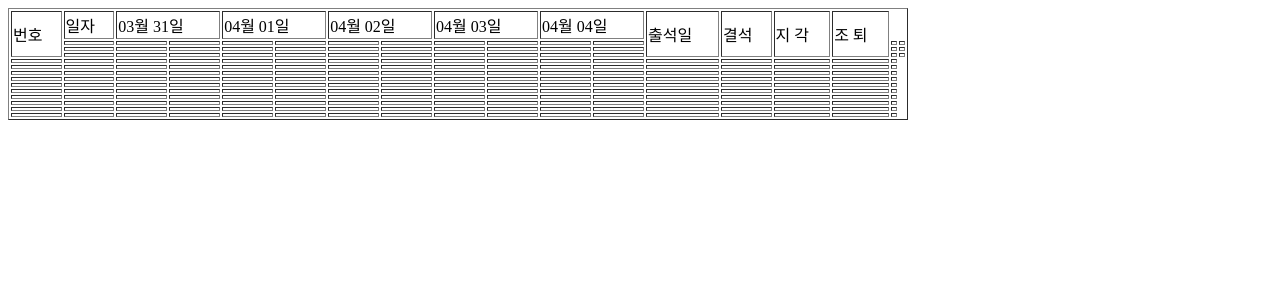
Repository: Hswwwww/WEB
Page: ClientTest/src/main/webapp/html/Q011.html
The author's editor kept a copy of each file at every save. The page is drawn from the files as they stood at one save, then again after the next save.
The browser window is 1280 px wide. The pictures show the whole page.

Above is the page before, as saved 2024-03-13 08:20:51.

### ClientTest/src/main/webapp/html/Q011.html
<!DOCTYPE html>
<html>
<head>
<meta charset="UTF-8">
<title>Insert title here</title>
</head>
<body>
	<table border = "1" width = "900">
	<tr>
		<td rowspan = "4"> 번호</td>
		<td colspan >일자</td>

		<td colspan = "2">03월 31일</td>

		<td colspan = "2">04월 01일</td>

		<td colspan = "2">04월 02일</td>

		<td colspan = "2">04월 03일</td>

		<td colspan = "2">04월 04일</td>

		<td rowspan = "4">출석일</td>
		<td rowspan = "4">결석 </td>
		<td rowspan = "4">지 각</td>
		<td rowspan = "4">조 퇴</td>
	</tr>
		<tr>


		<td></td>
		<td></td>
		<td></td>
		<td></td>
		<td></td>
		<td></td>
		<td></td>
		<td></td>
		<td></td>
		<td></td>
		<td></td>
		<td></td>
		<td></td>
	</tr>
		<tr>


		<td></td>
		<td></td>
		<td></td>
		<td></td>
		<td></td>
		<td></td>
		<td></td>
		<td></td>
		<td></td>
		<td></td>
		<td></td>
		<td></td>
		<td></td>
	</tr>

		<tr>


		<td></td>
		<td></td>
		<td></td>
		<td></td>
		<td></td>
		<td></td>
		<td></td>
		<td></td>
		<td></td>
		<td></td>
		<td></td>
		<td></td>
		<td></td>
	</tr>
		<tr>
		<td></td>
		<td></td>
		<td></td>
		<td></td>
		<td></td>
		<td></td>
		<td></td>
		<td></td>
		<td></td>
		<td></td>
		<td></td>
		<td></td>
		<td></td>
		<td></td>
		<td></td>
		<td></td>
		<td></td>
	</tr>
		<tr>
		<td></td>
		<td></td>
		<td></td>
		<td></td>
		<td></td>
		<td></td>
		<td></td>
		<td></td>
		<td></td>
		<td></td>
		<td></td>
		<td></td>
		<td></td>
		<td></td>
		<td></td>
		<td></td>
		<td></td>
	</tr>
		<tr>
		<td></td>
		<td></td>
		<td></td>
		<td></td>
		<td></td>
		<td></td>
		<td></td>
		<td></td>
		<td></td>
		<td></td>
		<td></td>
		<td></td>
		<td></td>
		<td></td>
		<td></td>
		<td></td>
		<td></td>
	</tr>
		<tr>
		<td></td>
		<td></td>
		<td></td>
		<td></td>
		<td></td>
		<td></td>
		<td></td>
		<td></td>
		<td></td>
		<td></td>
		<td></td>
		<td></td>
		<td></td>
		<td></td>
		<td></td>
		<td></td>
		<td></td>
	</tr>
		<tr>
		<td></td>
		<td></td>
		<td></td>
		<td></td>
		<td></td>
		<td></td>
		<td></td>
		<td></td>
		<td></td>
		<td></td>
		<td></td>
		<td></td>
		<td></td>
		<td></td>
		<td></td>
		<td></td>
		<td></td>
	</tr>
		<tr>
		<td></td>
		<td></td>
		<td></td>
		<td></td>
		<td></td>
		<td></td>
		<td></td>
		<td></td>
		<td></td>
		<td></td>
		<td></td>
		<td></td>
		<td></td>
		<td></td>
		<td></td>
		<td></td>
		<td></td>
	</tr>
		<tr>
		<td></td>
		<td></td>
		<td></td>
		<td></td>
		<td></td>
		<td></td>
		<td></td>
		<td></td>
		<td></td>
		<td></td>
		<td></td>
		<td></td>
		<td></td>
		<td></td>
		<td></td>
		<td></td>
		<td></td>
	</tr>
		<tr>
		<td></td>
		<td></td>
		<td></td>
		<td></td>
		<td></td>
		<td></td>
		<td></td>
		<td></td>
		<td></td>
		<td></td>
		<td></td>
		<td></td>
		<td></td>
		<td></td>
		<td></td>
		<td></td>
		<td></td>
	</tr>
		<tr>
		<td></td>
		<td></td>
		<td></td>
		<td></td>
		<td></td>
		<td></td>
		<td></td>
		<td></td>
		<td></td>
		<td></td>
		<td></td>
		<td></td>
		<td></td>
		<td></td>
		<td></td>
		<td></td>
		<td></td>
	</tr>
		<tr>
		<td></td>
		<td></td>
		<td></td>
		<td></td>
		<td></td>
		<td></td>
		<td></td>
		<td></td>
		<td></td>
		<td></td>
		<td></td>
		<td></td>
		<td></td>
		<td></td>
		<td></td>
		<td></td>
		<td></td>
	</tr>

	</table>
</body>
</html>

After the next save:
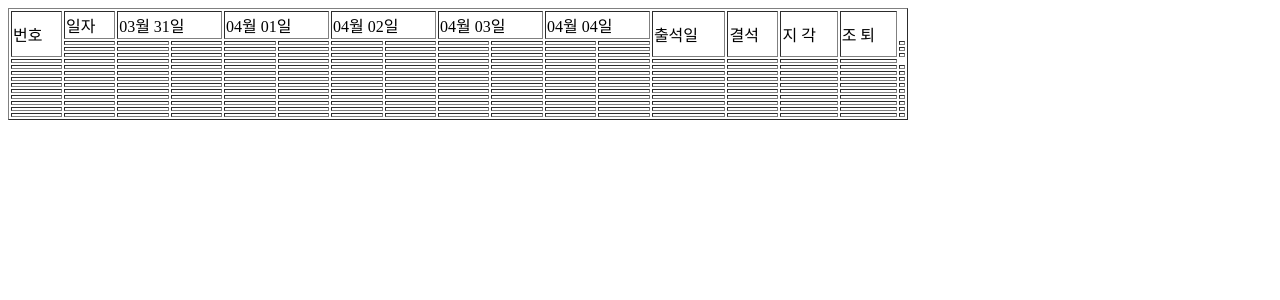
Saved 29 s later.
--- a/ClientTest/src/main/webapp/html/Q011.html
+++ b/ClientTest/src/main/webapp/html/Q011.html
@@ -28,57 +28,57 @@
 		<tr>
 
 
-		<td></td>
-		<td></td>
-		<td></td>
-		<td></td>
-		<td></td>
-		<td></td>
-		<td></td>
-		<td></td>
-		<td></td>
-		<td></td>
-		<td></td>
-		<td></td>
-		<td></td>
-	</tr>
-		<tr>
-
-
-		<td></td>
-		<td></td>
-		<td></td>
-		<td></td>
-		<td></td>
-		<td></td>
-		<td></td>
-		<td></td>
-		<td></td>
-		<td></td>
-		<td></td>
-		<td></td>
-		<td></td>
-	</tr>
-
-		<tr>
-
-
-		<td></td>
-		<td></td>
-		<td></td>
-		<td></td>
-		<td></td>
-		<td></td>
-		<td></td>
-		<td></td>
-		<td></td>
-		<td></td>
-		<td></td>
-		<td></td>
-		<td></td>
-	</tr>
-		<tr>
-		<td></td>
+
+		<td></td>
+		<td></td>
+		<td></td>
+		<td></td>
+		<td></td>
+		<td></td>
+		<td></td>
+		<td></td>
+		<td></td>
+		<td></td>
+		<td></td>
+		<td></td>
+	</tr>
+		<tr>
+
+
+
+		<td></td>
+		<td></td>
+		<td></td>
+		<td></td>
+		<td></td>
+		<td></td>
+		<td></td>
+		<td></td>
+		<td></td>
+		<td></td>
+		<td></td>
+		<td></td>
+	</tr>
+
+		<tr>
+
+
+
+		<td></td>
+		<td></td>
+		<td></td>
+		<td></td>
+		<td></td>
+		<td></td>
+		<td></td>
+		<td></td>
+		<td></td>
+		<td></td>
+		<td></td>
+		<td></td>
+	</tr>
+		<tr>
+
 		<td></td>
 		<td></td>
 		<td></td>
